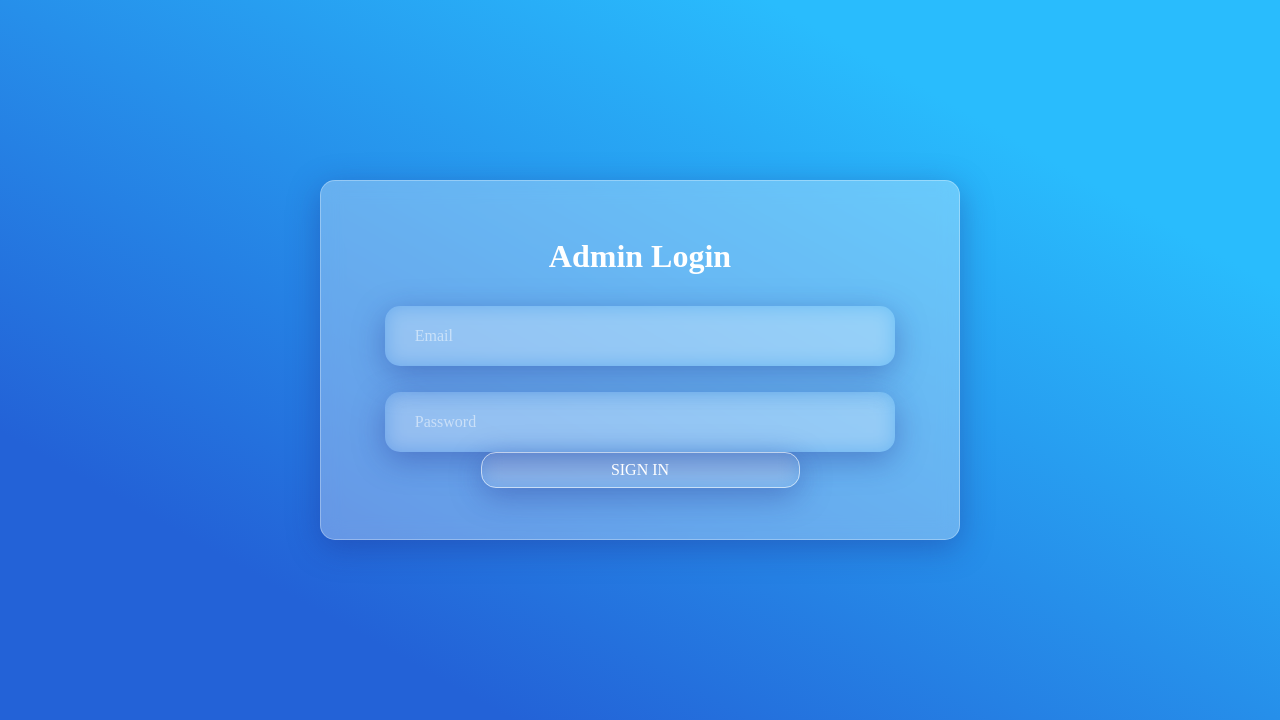
Repository: LEEYONGJUN3068/cms
Page: /login
An editor plug-in stored every save of this project. The page is shown before and after the next save, followed by the edit.
The browser window is 1280 px wide. The pictures show the whole page.
The page's requests for data from a server got no answer. The project was rebuilt for these pictures with package versions that can differ from the ones it lists, and the page was loaded fresh each time. The framework's server and built-in components were replaced by stand-ins that run in the browser. No one was signed in, and anything a server would have sent is missing. Also part of the build but not shown: next.config.mjs.

Above is the page before, as saved 2025-09-23 15:23:50.

### src/app/layout.js
import { Geist, Geist_Mono } from "next/font/google";
import "./globals.css";
import AppLoader from "@/components/AppLoader";
import "../styles/globals.scss";

const geistSans = Geist({
  variable: "--font-geist-sans",
  subsets: ["latin"],
});

const geistMono = Geist_Mono({
  variable: "--font-geist-mono",
  subsets: ["latin"],
});

export const metadata = {
  title: "Create Next App",
  description: "Generated by create next app",
  stylesheets: [
    {
      rel: 'stylesheet',
      as: 'style',
      crossOrigin: 'anonymous',
      href: 'https://cdn.jsdelivr.net/gh/orioncactus/pretendard@v1.3.9/dist/web/static/pretendard.min.css',
    },
  ],
};

export default function RootLayout({ children }) {
  return (
    <html lang="ko">
      <body
        className={`${geistSans.variable} ${geistMono.variable} antialiased`}
      >
        <AppLoader>{children}</AppLoader>
      </body>
    </html>
  );
}

### src/app/login/page.jsx
'use client'
import { useState } from 'react'
import { supabase } from '@/lib/supabaseClient'
import { useRouter } from 'next/navigation'
import styles from './login.module.scss'

export default function Login() {
  const [email,setEmail] = useState('')
  const [password,setPassword] = useState('')
  const router = useRouter()

  const handleLogin = async (e) => {
    e.preventDefault()
    const { data, error } = await supabase.auth.signInWithPassword({ email, password })
    if (error) alert(error.message)
    else router.push('/dashboard')
  }

  return (
    <div className={styles.loginContainer}>
      <div className={styles.form}>
        <h2>Admin Login</h2>
        <form onSubmit={handleLogin}>
          <input
            type="email"
            placeholder="Email"
            value={email}
            onChange={(e)=>setEmail(e.target.value)}
            required
            name='id'
          />
          <input
            type="password"
            placeholder="Password"
            value={password}
            onChange={(e)=>setPassword(e.target.value)}
            required
            name='pw'
          />
          <button type="submit" className={styles.loginBtn}>SIGN IN</button>
        </form>
      </div>
    </div>
  )
}

### src/app/globals.css
@import "tailwindcss";

:root {
  --background: #ffffff;
  --foreground: #171717;
}

@theme inline {
  --color-background: var(--background);
  --color-foreground: var(--foreground);
  --font-sans: var(--font-geist-sans);
  --font-mono: var(--font-geist-mono);
}

@media (prefers-color-scheme: dark) {
  :root {
    --background: #0a0a0a;
    --foreground: #ededed;
  }
}

body {
  background: var(--background);
  color: var(--foreground);
  font-family: 'Pretendard';
}

### src/components/AppLoader.jsx
"use client";

import { useState, useEffect } from "react";
import dynamic from 'next/dynamic'; // dynamic import 추가

// LoadingScreen 컴포넌트를 dynamic으로 불러오고, ssr을 false로 설정합니다.
// 이렇게 하면 이 컴포넌트는 오직 브라우저에서만 렌더링됩니다.
const LoadingScreen = dynamic(() => import('./LoadingScreen'), { ssr: false });

const AppLoader = ({ children }) => {
  const [loading, setLoading] = useState(true);

  useEffect(() => {
    const isFirstVisit = sessionStorage.getItem("isFirstVisit");

    if (isFirstVisit) {
      setLoading(false);
    } else {
      sessionStorage.setItem("isFirstVisit", "false");
      setTimeout(() => {
        setLoading(false);
      }, 3000);
    }
  }, []);

  return loading ? <LoadingScreen /> : <>{children}</>;
};

export default AppLoader;

### src/styles/globals.scss
button{
    &:hover{
        cursor: pointer;
    }
}

### src/app/login/login.module.scss
.loginContainer{
    background: linear-gradient(to bottom left, #29bcfd 20%, #2362d7 80%);
    width: 100%;
    height: 100vh;

    .form{
        position: absolute;
        left: 50%;
        top: 50%;
        transform: translate(-50%, -50%);
        width: 50%;
        max-width: 960px;
        height: 50vh;
        max-height: 600px;
        background: rgba(255, 255, 255, 0.3);
        backdrop-filter: blur(10px);
        -webkit-backdrop-filter: blur(10px); /* Safari 브라우저 지원 */
        border: 1px solid rgba(255, 255, 255, 0.3);
        box-shadow: 0 8px 32px 0 rgba(31, 38, 135, 0.37);
        border-radius: 15px;
        padding: clamp(0px, 5vw, 60px) 0;
        color: white;
        display: flex;
        flex-direction: column;
        justify-content: center;

        h2{
            position: relative;
            top: 0;
            text-align: center;
            font-weight: bold;
            font-size: clamp(0px, 4vw, 32px);
        }

        input{
            width: 80%;
            height: clamp(0px, 5vh, 96px);
            backdrop-filter: blur(10px);
            -webkit-backdrop-filter: blur(10px); /* Safari 브라우저 지원 */
            box-shadow: 0 8px 32px 0 rgba(31, 38, 135, 0.37);
            border-radius: 15px;
            padding: 30px;
            color: white;
            margin-top: clamp(0px, 2vw, 38px);

            &:focus{
                outline: none;
            }
        }

        form{
            display: flex;
            flex-direction: column;
            justify-content: end;
            align-items: center;
        }

        .loginBtn{
            display: flex;
            align-items: center;
            justify-content: center;
            width: 50%;
            height: 5vh;
            backdrop-filter: blur(10px);
            -webkit-backdrop-filter: blur(10px); /* Safari 브라우저 지원 */
            border: 1px solid rgba(255, 255, 255, 0.6);
            box-shadow: 0 8px 32px 0 rgba(31, 38, 135, 0.37);
            border-radius: 15px;
            font-weight: 500;
            color: white;

            &:hover{
                background-color: #fff;
                color: #2362d7;
                transition: all 0.5s;
            }
        }
    }
}

### src/components/LoadingScreen.jsx
"use client";

// lottie-react에서 Player를 가져옵니다.
import { Player } from "@lottiefiles/react-lottie-player";

const LoadingScreen = () => {
  return (
    <div style={{
      position: 'fixed',
      top: 0,
      left: 0,
      width: '100%',
      height: '100%',
      backgroundColor: '#000',
      display: 'flex',
      flexDirection: 'column',
      justifyContent: 'center',
      alignItems: 'center',
      zIndex: 9999,
    }}>
        <p style={{
            fontSize: 'clamp(0px, 5vw, 32px)',
            fontWeight: 'bold',
        }}>
          포트폴리오 화면을 구성중입니다
        </p>
        <Player
          autoplay
          loop
          src="https://lottie.host/dfe9ce55-f0b7-4bb0-bcd2-241897b61dec/JhkEyDhSuU.json"
          style={{ width: 'clamp(0px, 50vw, 300px)', height: 'auto' }}
        />
    </div>
  );
};

export default LoadingScreen;

Loaded but not shown: src/lib/supabaseClient.js (common file)

After the next save:
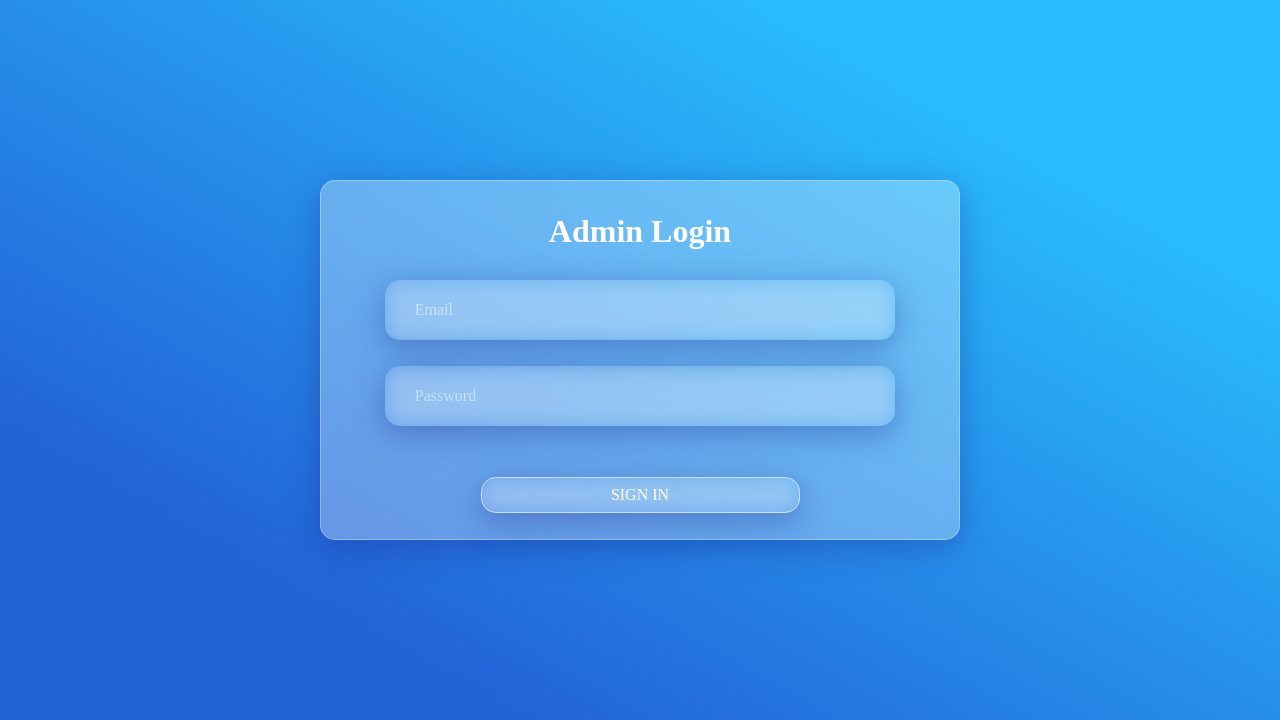
Saved 2 min 13 s later.
--- a/src/app/login/login.module.scss
+++ b/src/app/login/login.module.scss
@@ -68,6 +68,7 @@
             border-radius: 15px;
             font-weight: 500;
             color: white;
+            margin-top: 4vw;
 
             &:hover{
                 background-color: #fff;
